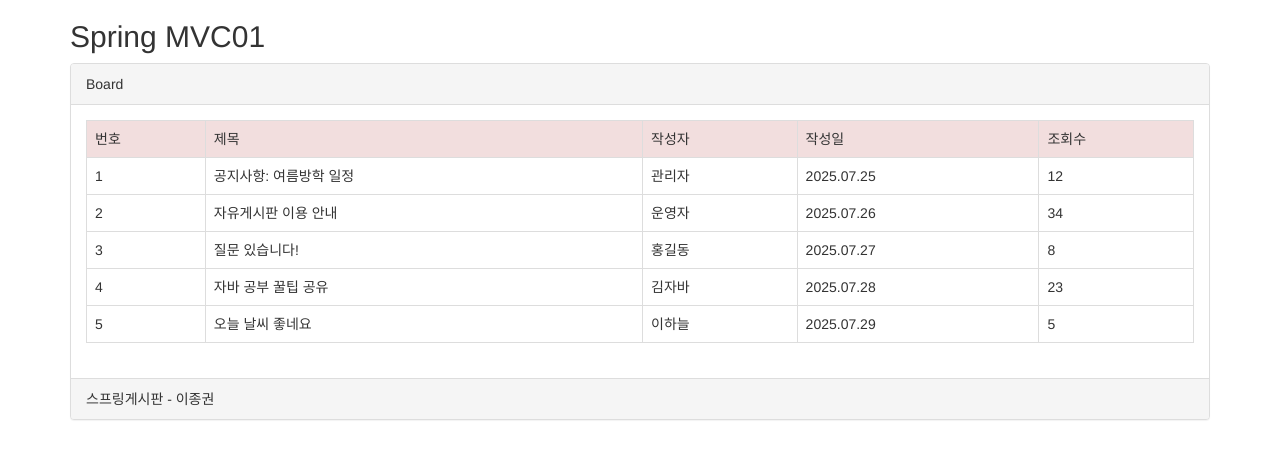
Repository: leejonggwon/PBG_SpringProject
Page: http://localhost/SpringMVC01/boardList.do
These files come from the project's save history. The page is drawn as it stood at one moment and after the next save; the edit follows.
The browser window is 1280 px wide. The pictures show the whole page.
The page is served by Tomcat 9. Other server files are loaded and not shown.

Above is the page before, as saved 2025-08-01 04:41:26.

### SpringMVC01/src/main/webapp/WEB-INF/views/boardList.jsp
<%@ page language="java" contentType="text/html; charset=UTF-8"
	pageEncoding="UTF-8"%>
<%@ taglib prefix="c" uri="http://java.sun.com/jsp/jstl/core"%>
<!DOCTYPE html>
<html>
<head>
<meta charset="UTF-8">
<title>Insert title here</title>
<link rel="stylesheet"
	href="https://maxcdn.bootstrapcdn.com/bootstrap/3.4.1/css/bootstrap.min.css">
<script
	src="https://ajax.googleapis.com/ajax/libs/jquery/3.7.1/jquery.min.js"></script>
<script
	src="https://maxcdn.bootstrapcdn.com/bootstrap/3.4.1/js/bootstrap.min.js"></script>
</head>
<body>
	<div class="container">
		<h2>Spring MVC01</h2>
		<div class="panel panel-default">
			<div class="panel-heading">Board</div>
			<div class="panel-body">
				<table class="table table-bordered table-hover">
					<tr class="danger">
						<td>번호</td>
						<td>제목</td>
						<td>작성자</td>
						<td>작성일</td>
						<td>조회수</td>
					</tr>


					<c:forEach items="${list}" var="vo" varStatus="i">
						<tr>
							<td>${i.count}</td>
							<td>${vo.title}</td>
							<td>${vo.writer}</td>
							<td>${vo.indate}</td>
							<td>${vo.count}</td>
						</tr>
					</c:forEach>

				</table>
			</div>
			<div class="panel-footer">스프링게시판 - 이종권</div>
		</div>
	</div>
</body>
</html>

### SpringMVC01/src/main/java/kr/spring/entity/Board.java
package kr.sping.entity;

import lombok.AllArgsConstructor;
import lombok.Data;
import lombok.NoArgsConstructor;
import lombok.ToString;

//DTO를 하나의 객체라고 해서 영어로 entity라고 한다
//entity 패키지를 따로 만든다, entity에 Board DTO를 넣는다, 실제에서는 Board라고 쓴다

//어노테이션으로 필요한거 추가하면 된다
@Data               //lombok으로 Getter/Setter 자동으로 만들어줬음
@AllArgsConstructor //전체생성자
@NoArgsConstructor  //기본생성자
@ToString           //ToString
public class Board {

	private int idx; //번호
	private String title; //제목
	private String content; //내용
	private String writer; //작성자
	private String indate; //작성일
	private int count; //조회수

	//**요즘에는 Getter/Setter/생성자를 안쓴다 → 롬복API로 사용한다(알아서 만들어준다)

}

After the next save:
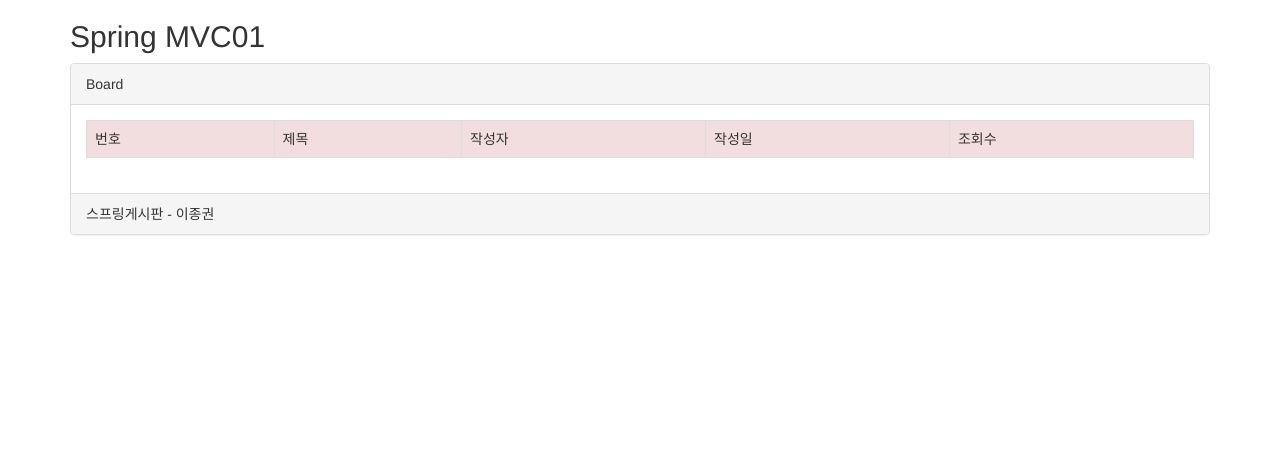
Saved 3 min 25 s later.
--- a/SpringMVC01/src/main/webapp/WEB-INF/views/boardList.jsp
+++ b/SpringMVC01/src/main/webapp/WEB-INF/views/boardList.jsp
@@ -29,16 +29,6 @@
 					</tr>
 
 
-					<c:forEach items="${list}" var="vo" varStatus="i">
-						<tr>
-							<td>${i.count}</td>
-							<td>${vo.title}</td>
-							<td>${vo.writer}</td>
-							<td>${vo.indate}</td>
-							<td>${vo.count}</td>
-						</tr>
-					</c:forEach>
-
 				</table>
 			</div>
 			<div class="panel-footer">스프링게시판 - 이종권</div>

After the save that followed:
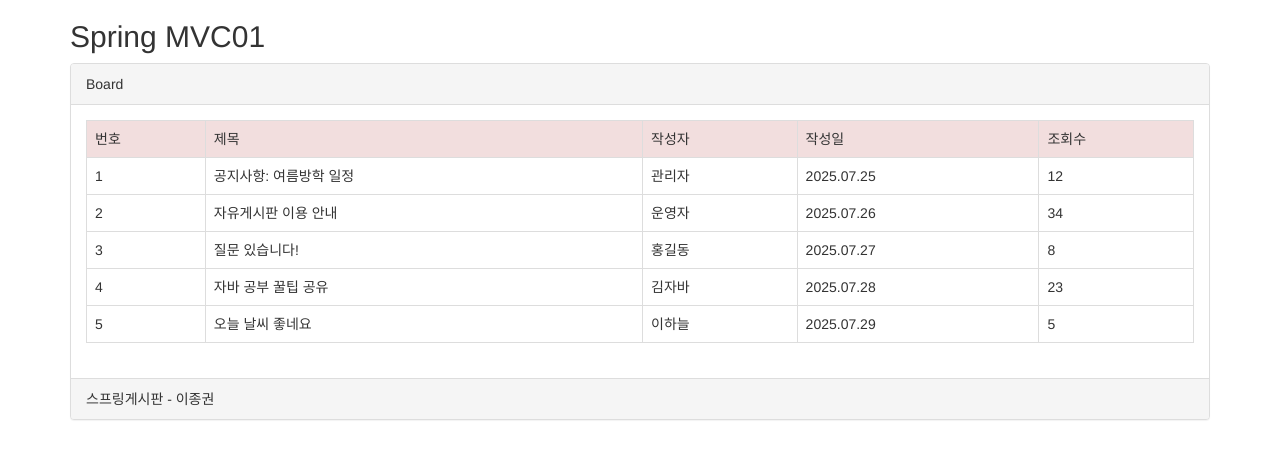
Saved 8 min 18 s later.
--- a/SpringMVC01/src/main/webapp/WEB-INF/views/boardList.jsp
+++ b/SpringMVC01/src/main/webapp/WEB-INF/views/boardList.jsp
@@ -27,7 +27,16 @@
 						<td>작성일</td>
 						<td>조회수</td>
 					</tr>
+					<c:forEach items="${list}" var="vo" varStatus = "i">
+						<tr>
+							<td>${i.count}</td>
+							<td>${vo.title}</td>
+							<td>${vo.writer}</td>
+							<td>${vo.indate}</td>
+							<td>${vo.count}</td>
 
+						</tr>
+					</c:forEach>
 
 				</table>
 			</div>
